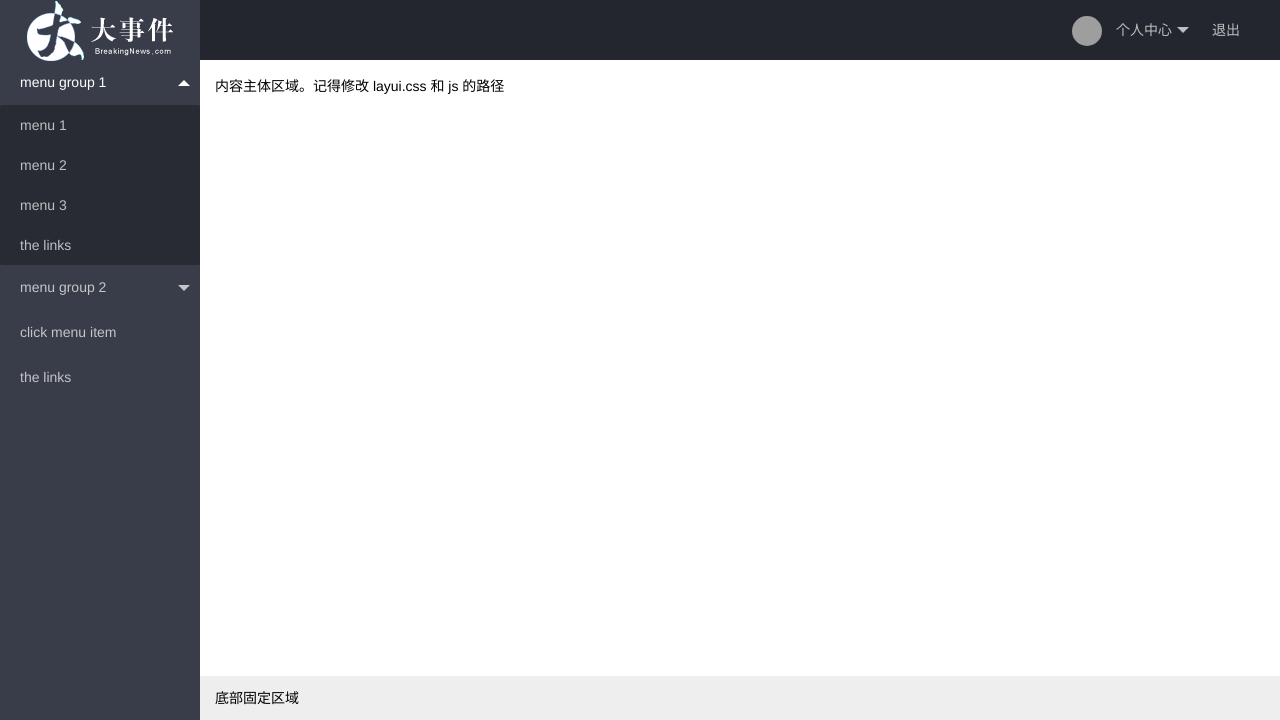
Repository: Yaoshuyi1999/code
Page: index.html
These files come from the project's save history. The page is drawn as it stood at one moment and after the next save; the edit follows.
The browser window is 1280 px wide. The pictures show the whole page.
Pictures or frames that could not be fetched are drawn as grey boxes.

Above is the page before, as saved 2022-06-09 16:43:35.

After the next save:
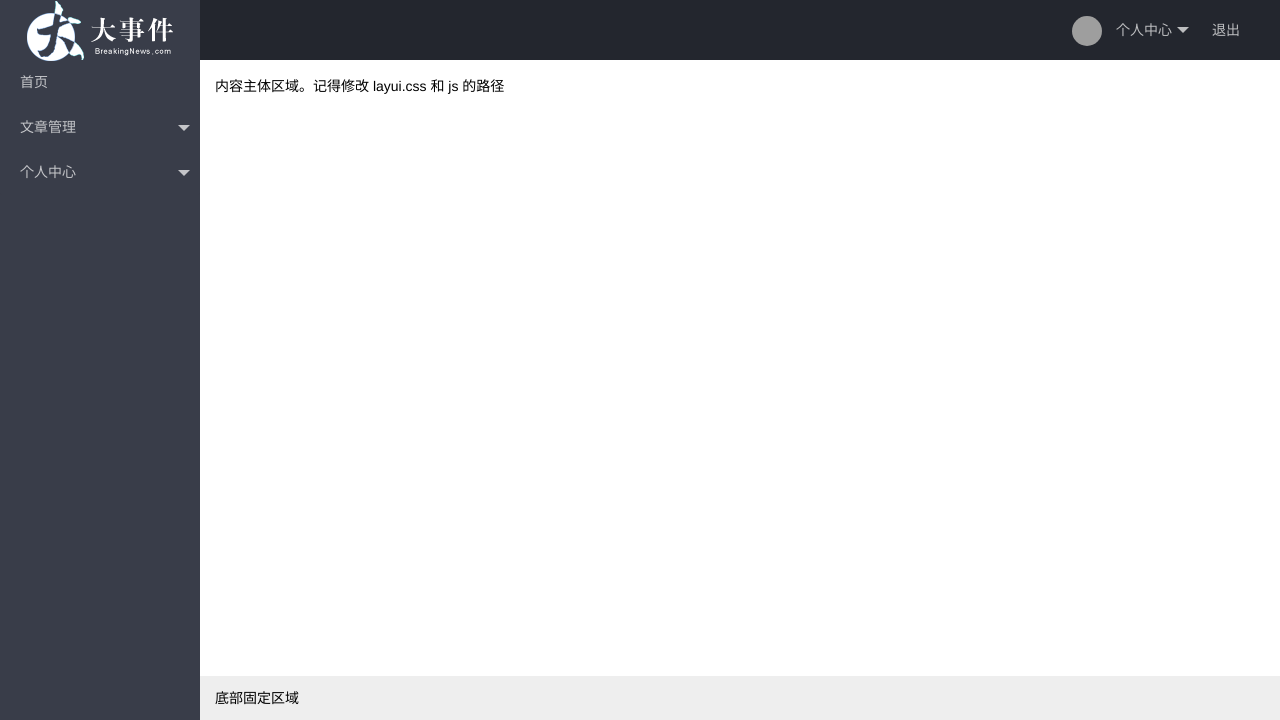
Saved 3 min 52 s later.
--- a/index.html
+++ b/index.html
@@ -37,32 +37,28 @@
 
       <div class="layui-side layui-bg-black">
         <div class="layui-side-scroll">
-          <!-- 左侧导航区域（可配合layui已有的垂直导航） -->
-          <ul class="layui-nav layui-nav-tree" lay-filter="test">
-            <li class="layui-nav-item layui-nav-itemed">
-              <a class="" href="javascript:;">menu group 1</a>
-              <dl class="layui-nav-child">
-                <dd><a href="javascript:;">menu 1</a></dd>
-                <dd><a href="javascript:;">menu 2</a></dd>
-                <dd><a href="javascript:;">menu 3</a></dd>
-                <dd><a href="">the links</a></dd>
-              </dl>
-            </li>
-            <li class="layui-nav-item">
-              <a href="javascript:;">menu group 2</a>
-              <dl class="layui-nav-child">
-                <dd><a href="javascript:;">list 1</a></dd>
-                <dd><a href="javascript:;">list 2</a></dd>
-                <dd><a href="">超链接</a></dd>
-              </dl>
-            </li>
-            <li class="layui-nav-item">
-              <a href="javascript:;">click menu item</a>
-            </li>
-            <li class="layui-nav-item"><a href="">the links</a></li>
-          </ul>
+            <!-- 左侧导航区域（可配合layui已有的垂直导航） -->
+            <ul class="layui-nav layui-nav-tree" lay-filter="test">
+                <li class="layui-nav-item"><a href="">首页</a></li>
+                <li class="layui-nav-item">
+                    <a class="" href="javascript:;">文章管理</a>
+                    <dl class="layui-nav-child">
+                        <dd><a href="javascript:;">文章类别</a></dd>
+                        <dd><a href="javascript:;">文章列表</a></dd>
+                        <dd><a href="javascript:;">发布文章</a></dd>
+                    </dl>
+                </li>
+                <li class="layui-nav-item">
+                    <a href="javascript:;">个人中心</a>
+                    <dl class="layui-nav-child">
+                        <dd><a href="javascript:;">基本资料</a></dd>
+                        <dd><a href="javascript:;">更换头像</a></dd>
+                        <dd><a href="javascript:;">重置密码</a></dd>
+                    </dl>
+                </li>
+            </ul>
         </div>
-      </div>
+    </div>
 
       <div class="layui-body">
         <!-- 内容主体区域 -->
